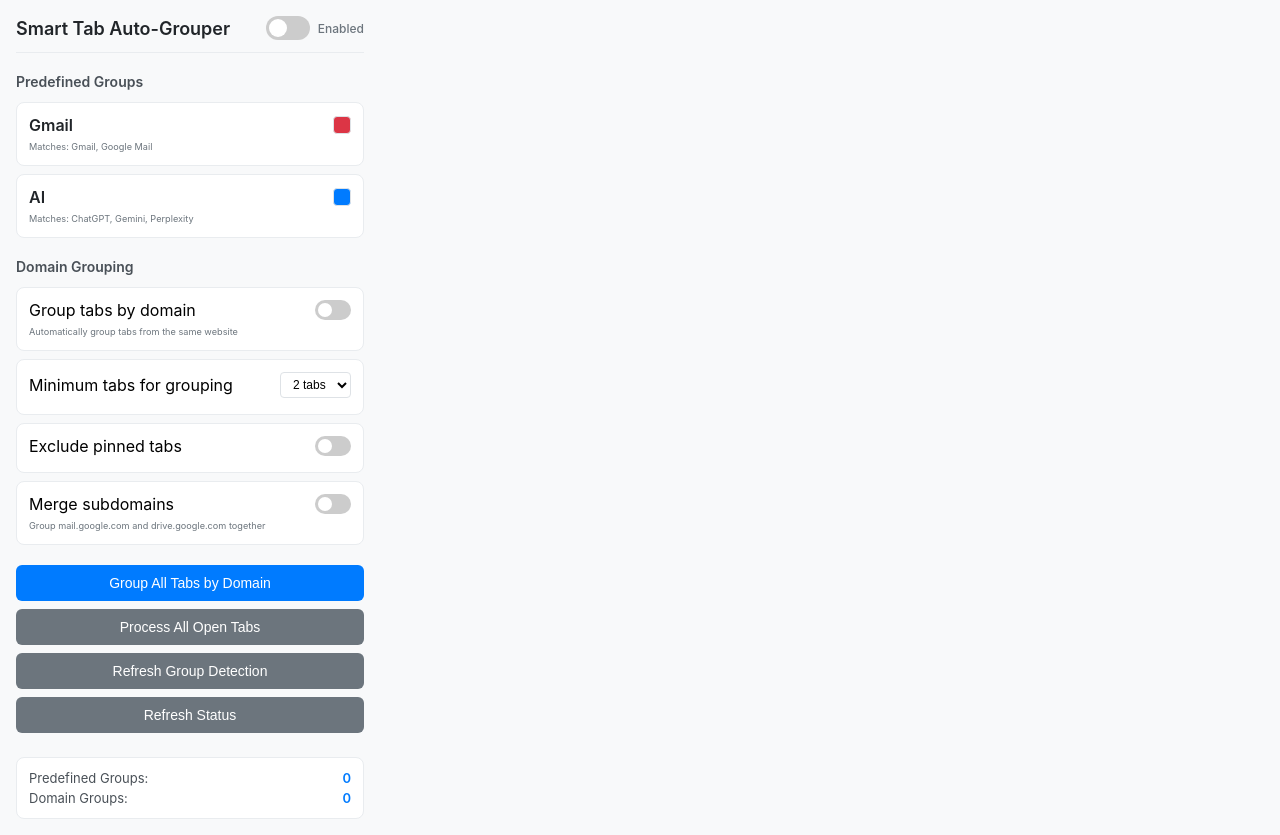
Repository: ZvonkoNS/smart-tab-grouper
Page: popup.html
The author's editor kept a copy of each file at every save. The page is drawn from the files as they stood at one save, then again after the next save.
The browser window is 1280 px wide. The pictures show the whole page.

Above is the page before, as saved 2025-06-02 19:51:29.

### popup.html
<!DOCTYPE html>
<html>
<head>
  <meta charset="utf-8">
  <link rel="stylesheet" href="popup.css">
</head>
<body>
  <div class="container">
    <header>
      <h1>Smart Tab Auto-Grouper</h1>
      <div class="toggle-container">
        <label class="switch">
          <input type="checkbox" id="enableToggle">
          <span class="slider"></span>
        </label>
        <span id="statusText">Enabled</span>
      </div>
    </header>

    <main>
      <section class="group-config">
        <h2>Predefined Groups</h2>

        <div class="group-item">
          <div class="group-header">
            <span class="group-title">Gmail</span>
            <span class="group-color gmail-color"></span>
          </div>
          <div class="group-patterns">
            <small>Matches: Gmail, Google Mail</small>
          </div>
        </div>

        <div class="group-item">
          <div class="group-header">
            <span class="group-title">AI</span>
            <span class="group-color ai-color"></span>
          </div>
          <div class="group-patterns">
            <small>Matches: ChatGPT, Gemini, Perplexity</small>
          </div>
        </div>
      </section>

      <section class="domain-grouping">
        <h2>Domain Grouping</h2>

        <div class="setting-item">
          <div class="setting-header">
            <span>Group tabs by domain</span>
            <label class="switch small">
              <input type="checkbox" id="domainGroupingToggle">
              <span class="slider"></span>
            </label>
          </div>
          <div class="setting-description">
            <small>Automatically group tabs from the same website</small>
          </div>
        </div>

        <div class="setting-item">
          <div class="setting-header">
            <span>Minimum tabs for grouping</span>
            <select id="minTabsSelect">
              <option value="2">2 tabs</option>
              <option value="3">3 tabs</option>
              <option value="4">4 tabs</option>
              <option value="5">5 tabs</option>
            </select>
          </div>
        </div>

        <div class="setting-item">
          <div class="setting-header">
            <span>Exclude pinned tabs</span>
            <label class="switch small">
              <input type="checkbox" id="excludePinnedToggle">
              <span class="slider"></span>
            </label>
          </div>
        </div>

        <div class="setting-item">
          <div class="setting-header">
            <span>Merge subdomains</span>
            <label class="switch small">
              <input type="checkbox" id="mergeSubdomainsToggle">
              <span class="slider"></span>
            </label>
          </div>
          <div class="setting-description">
            <small>Group mail.google.com and drive.google.com together</small>
          </div>
        </div>
      </section>

      <section class="actions">
        <button id="groupByDomain" class="btn primary">
          Group All Tabs by Domain
        </button>
        <button id="processAllTabs" class="btn secondary">
          Process All Open Tabs
        </button>
        <button id="refreshGroups" class="btn secondary">
          Refresh Group Detection
        </button>
        <button id="refreshStatus" class="btn secondary">
          Refresh Status
        </button>
      </section>

      <section class="status">
        <div class="status-item">
          <span>Predefined Groups:</span>
          <span id="activeGroupsCount">0</span>
        </div>
        <div class="status-item">
          <span>Domain Groups:</span>
          <span id="activeDomainGroupsCount">0</span>
        </div>
      </section>
    </main>
  </div>

  <script src="popup.js"></script>
</body>
</html>

### popup.css
body {
  width: 380px;
  margin: 0;
  font-family: -apple-system, BlinkMacSystemFont, 'Segoe UI', Roboto, sans-serif;
  background: #f8f9fa;
}

.container {
  padding: 16px;
}

header {
  display: flex;
  justify-content: space-between;
  align-items: center;
  margin-bottom: 20px;
  padding-bottom: 12px;
  border-bottom: 1px solid #e9ecef;
}

h1 {
  margin: 0;
  font-size: 18px;
  font-weight: 600;
  color: #212529;
}

h2 {
  margin: 0 0 12px 0;
  font-size: 14px;
  font-weight: 600;
  color: #495057;
}

.toggle-container {
  display: flex;
  align-items: center;
  gap: 8px;
}

.switch {
  position: relative;
  display: inline-block;
  width: 44px;
  height: 24px;
}

.switch.small {
  width: 36px;
  height: 20px;
}

.switch input {
  opacity: 0;
  width: 0;
  height: 0;
}

.slider {
  position: absolute;
  cursor: pointer;
  top: 0;
  left: 0;
  right: 0;
  bottom: 0;
  background-color: #ccc;
  transition: .4s;
  border-radius: 24px;
}

.slider:before {
  position: absolute;
  content: "";
  height: 18px;
  width: 18px;
  left: 3px;
  bottom: 3px;
  background-color: white;
  transition: .4s;
  border-radius: 50%;
}

.switch.small .slider:before {
  height: 14px;
  width: 14px;
  left: 3px;
  bottom: 3px;
}

input:checked + .slider {
  background-color: #007bff;
}

input:checked + .slider:before {
  transform: translateX(20px);
}

input:checked + .switch.small .slider:before {
  transform: translateX(16px);
}

#statusText {
  font-size: 12px;
  color: #6c757d;
  font-weight: 500;
}

.group-config, .domain-grouping {
  margin-bottom: 20px;
}

.group-item, .setting-item {
  background: white;
  border: 1px solid #e9ecef;
  border-radius: 8px;
  padding: 12px;
  margin-bottom: 8px;
}

.group-header, .setting-header {
  display: flex;
  justify-content: space-between;
  align-items: center;
  margin-bottom: 4px;
}

.group-title {
  font-weight: 600;
  color: #212529;
}

.group-color {
  width: 16px;
  height: 16px;
  border-radius: 4px;
  border: 1px solid #dee2e6;
}

.gmail-color {
  background-color: #dc3545;
}

.ai-color {
  background-color: #007bff;
}

.group-patterns, .setting-description {
  color: #6c757d;
  font-size: 11px;
}

select {
  padding: 4px 8px;
  border: 1px solid #dee2e6;
  border-radius: 4px;
  font-size: 12px;
  background: white;
}

.actions {
  margin-bottom: 16px;
}

.btn {
  width: 100%;
  padding: 10px 16px;
  border: none;
  border-radius: 6px;
  font-size: 14px;
  font-weight: 500;
  cursor: pointer;
  transition: all 0.2s;
  margin-bottom: 8px;
}

.btn.primary {
  background-color: #007bff;
  color: white;
}

.btn.primary:hover {
  background-color: #0056b3;
}

.btn.secondary {
  background-color: #6c757d;
  color: white;
}

.btn.secondary:hover {
  background-color: #545b62;
}

.status {
  background: white;
  border: 1px solid #e9ecef;
  border-radius: 8px;
  padding: 12px;
}

.status-item {
  display: flex;
  justify-content: space-between;
  font-size: 13px;
  color: #495057;
  margin-bottom: 4px;
}

.status-item:last-child {
  margin-bottom: 0;
}

.status-item span:last-child {
  font-weight: 600;
  color: #007bff;
}

### popup.js
class PopupManager {
  constructor() {
    this.initializePopup();
  }

  async initializePopup() {
    await this.loadStatus();
    this.setupEventListeners();
  }

  async loadStatus() {
    try {
      const response = await this.sendMessage({ action: 'getStatus' });
      this.updateUI(response);
    } catch (error) {
      console.error('Error loading status:', error);
    }
  }

  updateUI(status) {
    const enableToggle = document.getElementById('enableToggle');
    const statusText = document.getElementById('statusText');
    const activeGroupsCount = document.getElementById('activeGroupsCount');
    const activeDomainGroupsCount = document.getElementById('activeDomainGroupsCount');

    const domainGroupingToggle = document.getElementById('domainGroupingToggle');
    const minTabsSelect = document.getElementById('minTabsSelect');
    const excludePinnedToggle = document.getElementById('excludePinnedToggle');
    const mergeSubdomainsToggle = document.getElementById('mergeSubdomainsToggle');

    enableToggle.checked = status.enabled;
    statusText.textContent = status.enabled ? 'Enabled' : 'Disabled';
    activeGroupsCount.textContent = status.activeGroups || 0;
    activeDomainGroupsCount.textContent = status.activeDomainGroups || 0;

    if (status.settings) {
      domainGroupingToggle.checked = status.settings.domainGrouping;
      minTabsSelect.value = status.settings.minTabsForDomainGroup;
      excludePinnedToggle.checked = status.settings.excludePinnedTabs;
      mergeSubdomainsToggle.checked = status.settings.mergeSubdomains;
    }
  }

  setupEventListeners() {
    const enableToggle = document.getElementById('enableToggle');
    const domainGroupingToggle = document.getElementById('domainGroupingToggle');
    const minTabsSelect = document.getElementById('minTabsSelect');
    const excludePinnedToggle = document.getElementById('excludePinnedToggle');
    const mergeSubdomainsToggle = document.getElementById('mergeSubdomainsToggle');

    const groupByDomain = document.getElementById('groupByDomain');
    const processAllTabs = document.getElementById('processAllTabs');
    const refreshGroups = document.getElementById('refreshGroups');
    const refreshStatus = document.getElementById('refreshStatus');

    enableToggle.addEventListener('change', async () => {
      try {
        const response = await this.sendMessage({ action: 'toggleEnabled' });
        const statusText = document.getElementById('statusText');
        statusText.textContent = response.enabled ? 'Enabled' : 'Disabled';
        await this.loadStatus();
      } catch (error) {
        console.error('Error toggling enabled state:', error);
      }
    });

    domainGroupingToggle.addEventListener('change', async () => {
      try {
        await this.sendMessage({ action: 'toggleDomainGrouping' });
        await this.loadStatus();
      } catch (error) {
        console.error('Error toggling domain grouping:', error);
      }
    });

    const updateSettings = async () => {
      try {
        const settings = {
          minTabsForDomainGroup: parseInt(minTabsSelect.value),
          excludePinnedTabs: excludePinnedToggle.checked,
          mergeSubdomains: mergeSubdomainsToggle.checked
        };
        await this.sendMessage({ action: 'updateSettings', settings });
      } catch (error) {
        console.error('Error updating settings:', error);
      }
    };

    minTabsSelect.addEventListener('change', updateSettings);
    excludePinnedToggle.addEventListener('change', updateSettings);
    mergeSubdomainsToggle.addEventListener('change', updateSettings);

    groupByDomain.addEventListener('click', async () => {
      try {
        groupByDomain.textContent = 'Grouping...';
        groupByDomain.disabled = true;

        await this.sendMessage({ action: 'groupByDomain' });
        await this.loadStatus();

        groupByDomain.textContent = 'Group All Tabs by Domain';
        groupByDomain.disabled = false;
      } catch (error) {
        console.error('Error grouping by domain:', error);
        groupByDomain.textContent = 'Group All Tabs by Domain';
        groupByDomain.disabled = false;
      }
    });

    processAllTabs.addEventListener('click', async () => {
      try {
        processAllTabs.textContent = 'Processing...';
        processAllTabs.disabled = true;

        await this.sendMessage({ action: 'processAllTabs' });
        await this.loadStatus();

        processAllTabs.textContent = 'Process All Open Tabs';
        processAllTabs.disabled = false;
      } catch (error) {
        console.error('Error processing all tabs:', error);
        processAllTabs.textContent = 'Process All Open Tabs';
        processAllTabs.disabled = false;
      }
    });

    refreshGroups.addEventListener('click', async () => {
      try {
        refreshGroups.textContent = 'Refreshing...';
        refreshGroups.disabled = true;

        await this.sendMessage({ action: 'refreshGroups' });
        await this.loadStatus();

        refreshGroups.textContent = 'Refresh Group Detection';
        refreshGroups.disabled = false;
      } catch (error) {
        console.error('Error refreshing groups:', error);
        refreshGroups.textContent = 'Refresh Group Detection';
        refreshGroups.disabled = false;
      }
    });

    refreshStatus.addEventListener('click', () => {
      this.loadStatus();
    });
  }

  sendMessage(message) {
    return new Promise((resolve, reject) => {
      chrome.runtime.sendMessage(message, (response) => {
        if (chrome.runtime.lastError) {
          reject(new Error(chrome.runtime.lastError.message));
        } else if (response.error) {
          reject(new Error(response.error));
        } else {
          resolve(response);
        }
      });
    });
  }
}

// Initialize popup when DOM is ready
document.addEventListener('DOMContentLoaded', () => {
  new PopupManager();
});

After the next save:
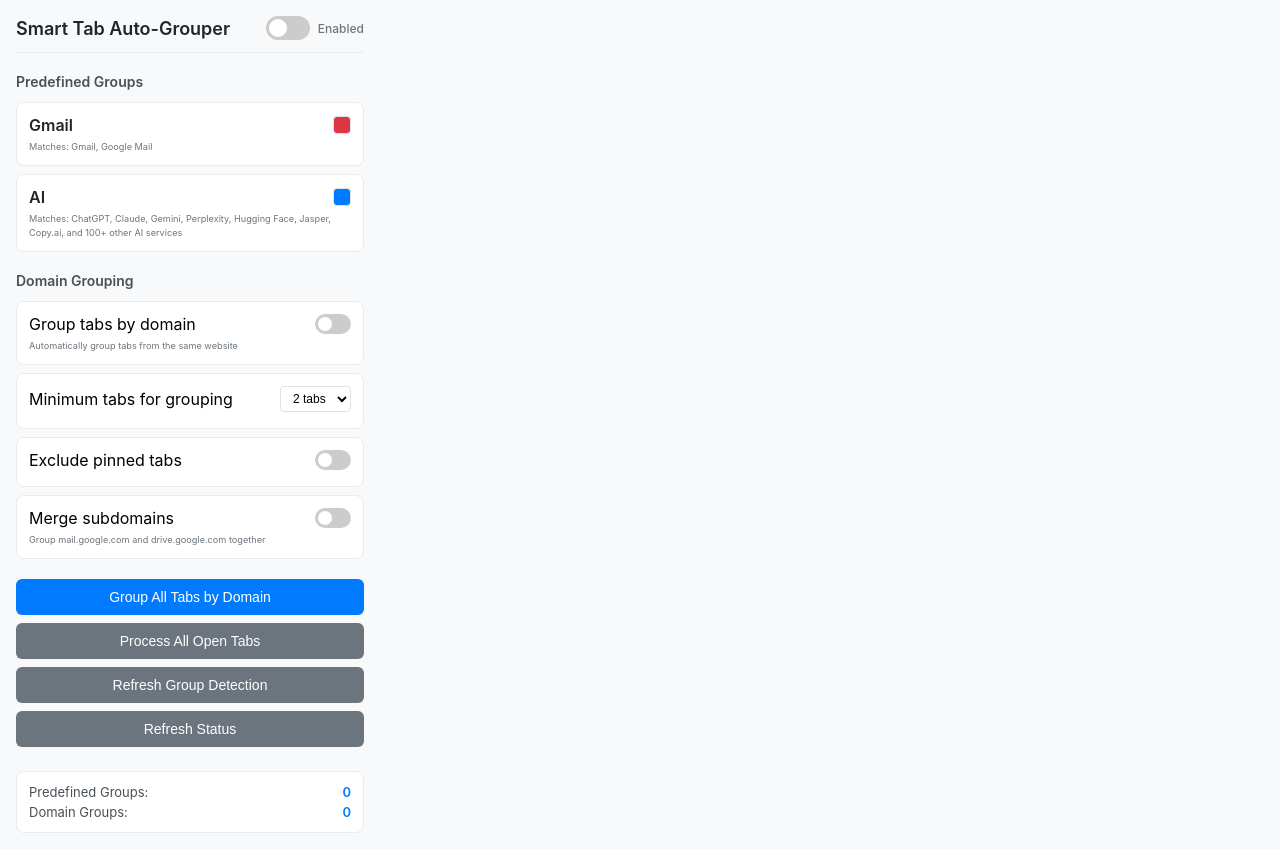
Saved 33 s later.
--- a/popup.html
+++ b/popup.html
@@ -37,7 +37,7 @@
             <span class="group-color ai-color"></span>
           </div>
           <div class="group-patterns">
-            <small>Matches: ChatGPT, Gemini, Perplexity</small>
+            <small>Matches: ChatGPT, Claude, Gemini, Perplexity, Hugging Face, Jasper, Copy.ai, and 100+ other AI services</small>
           </div>
         </div>
       </section>
